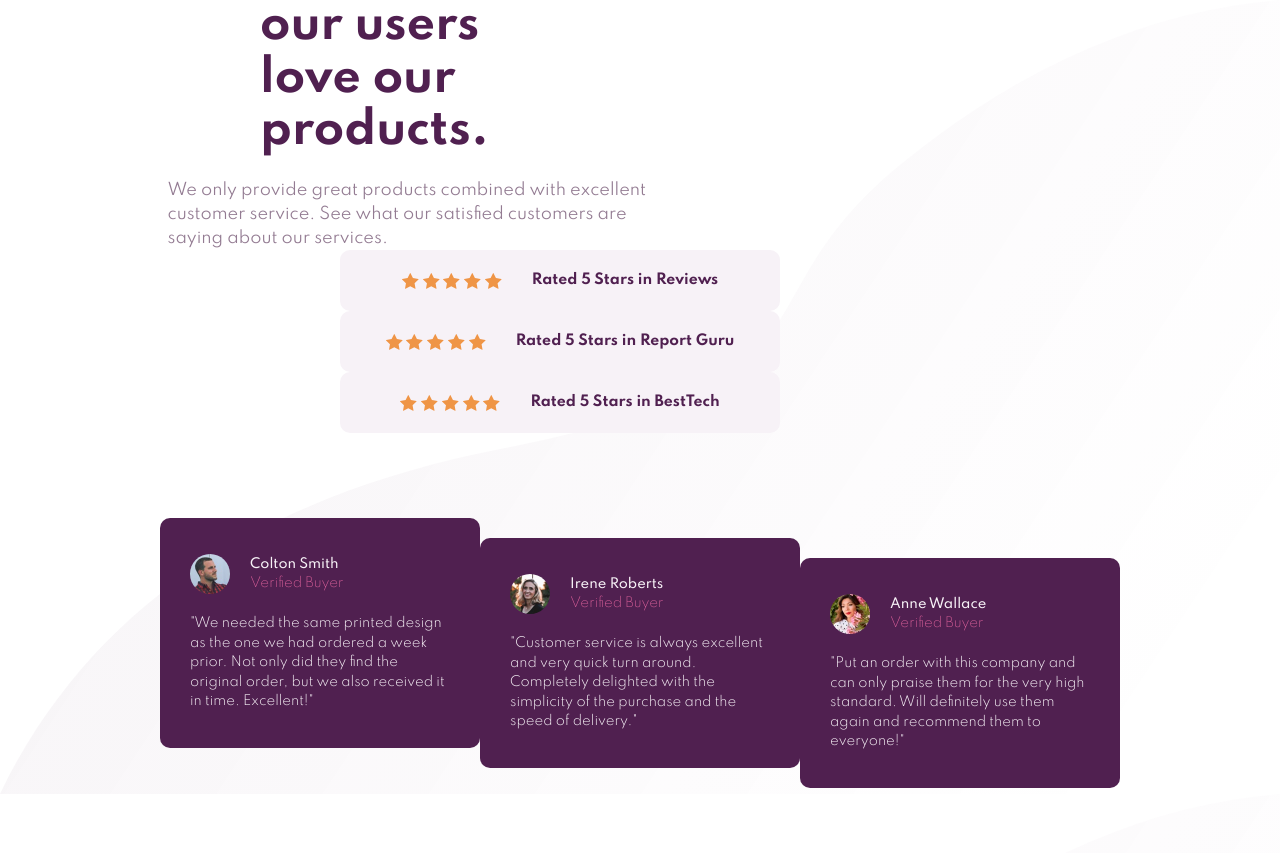
Repository: metehankasapp/social-proof-section-master
Page: index.html
These files come from the project's save history. The page is drawn as it stood at one moment and after the next save; the edit follows.
The browser window is 1280 px wide. The pictures show the whole page.
Some web libraries are served in a nearby version.

Above is the page before, as saved 2021-12-05 09:21:10.

### index.html
<!DOCTYPE html>
<html lang="en">

<head>
  <meta charset="UTF-8" />
  <meta name="viewport" content="width=device-width, initial-scale=1.0" />

  <title>Frontend Mentor | Social proof section</title>
  <link rel="preconnect" href="https://fonts.googleapis.com" />
  <link rel="preconnect" href="https://fonts.gstatic.com" crossorigin />
  <link href="https://fonts.googleapis.com/css2?family=Spartan:wght@100;200;300;400;500;600;700;800;900&display=swap"
    rel="stylesheet" />
  <link href="https://cdn.jsdelivr.net/npm/bootstrap@5.1.3/dist/css/bootstrap.min.css" rel="stylesheet"
    integrity="sha384-1BmE4kWBq78iYhFldvKuhfTAU6auU8tT94WrHftjDbrCEXSU1oBoqyl2QvZ6jIW3" crossorigin="anonymous" />
  <link rel="stylesheet" href="style.css" />
</head>

<body>
  <div class="main-ctr">
    <div class="w-100 row p-0 header-ctr">
      <div class="col-12 col-lg-6 header-area">
        <div class="header-purple">
          <h5>10,000+ of our users love our products.</h5>
        </div>

        <p class="header-text">
          We only provide great products combined with excellent customer
          service. See what our satisfied customers are saying about our
          services.
        </p>
      </div>

      <div class="
            col-12 col-lg-6
            second-col
            d-flex
            justify-content-between
            align-items-center
            align-items-lg-baseline
            flex-column
          ">
        <div class="rate-container">
          <div class="stars">
            <img src="images/icon-star.svg" alt="" />
            <img src="images/icon-star.svg" alt="" />

            <img src="images/icon-star.svg" alt="" />
            <img src="images/icon-star.svg" alt="" />
            <img src="images/icon-star.svg" alt="" />
          </div>
          <p class="m-0">Rated 5 Stars in Reviews</p>
        </div>
        <div class="rate-container">
          <div class="stars">
            <img src="images/icon-star.svg" alt="" />
            <img src="images/icon-star.svg" alt="" />

            <img src="images/icon-star.svg" alt="" />
            <img src="images/icon-star.svg" alt="" />
            <img src="images/icon-star.svg" alt="" />
          </div>
          <p class="m-0">Rated 5 Stars in Report Guru</p>
        </div>
        <div class="rate-container">
          <div class="stars">
            <img src="images/icon-star.svg" alt="" />
            <img src="images/icon-star.svg" alt="" />

            <img src="images/icon-star.svg" alt="" />
            <img src="images/icon-star.svg" alt="" />
            <img src="images/icon-star.svg" alt="" />
          </div>
          <p class="m-0">Rated 5 Stars in BestTech</p>
        </div>
      </div>
    </div>

    <div class="
    cards
          w-100
          p-0
          d-flex
          flex-column flex-lg-row
          justify-content-between
          align-items-center
          align-items-lg-baseline
        " >
      <div class="card-ctr ">
        <div class="card-item" >
          <div class="card-headerr ">
            <div class="card-img">
              <img src="images/image-colton.jpg" alt="" />
            </div>
            <div class="card-text">
              <p class="card-fs">Colton Smith</p>
              <p class="card-job">Verified Buyer</p>
            </div>
          </div>
          <div class="card-second">
            <p>
              "We needed the same printed design as the one we had ordered a
              week prior. Not only did they find the original order, but we also
              received it in time. Excellent!"
            </p>
          </div>
        </div>
      </div>

      <div class="card-ctr" >
        <div class="card-item">
          <div class="card-headerr">
            <div class="card-img">
              <img src="images/image-irene.jpg" alt="" />
            </div>
            <div class="card-text">
              <p class="card-fs">Irene Roberts</p>
              <p class="card-job">Verified Buyer</p>
            </div>
          </div>
          <div class="card-second">
            <p>
              "Customer service is always excellent and very quick turn around.
              Completely delighted with the simplicity of the purchase and the
              speed of delivery."
            </p>
          </div>
        </div>
      </div>

      <div class="card-ctr" >
        <div class="card-item">
          <div class="card-headerr">
            <div class="card-img">
              <img src="images/image-anne.jpg" alt="" />
            </div>
            <div class="card-text">
              <p class="card-fs">Anne Wallace</p>
              <p class="card-job">Verified Buyer</p>
            </div>
          </div>
          <div class="card-second">
            <p>
              "Put an order with this company and can only praise them for the
              very high standard. Will definitely use them again and recommend
              them to everyone!"
            </p>
          </div>
        </div>
      </div>
    </div>
  </div>

  <script src="https://cdn.jsdelivr.net/npm/bootstrap@5.1.3/dist/js/bootstrap.bundle.min.js"
    integrity="sha384-ka7Sk0Gln4gmtz2MlQnikT1wXgYsOg+OMhuP+IlRH9sENBO0LRn5q+8nbTov4+1p" crossorigin="anonymous">
  </script>
  <script src="https://cdn.jsdelivr.net/npm/@popperjs/core@2.10.2/dist/umd/popper.min.js"
    integrity="sha384-7+zCNj/IqJ95wo16oMtfsKbZ9ccEh31eOz1HGyDuCQ6wgnyJNSYdrPa03rtR1zdB" crossorigin="anonymous">
  </script>
  <script src="https://cdn.jsdelivr.net/npm/bootstrap@5.1.3/dist/js/bootstrap.min.js"
    integrity="sha384-QJHtvGhmr9XOIpI6YVutG+2QOK9T+ZnN4kzFN1RtK3zEFEIsxhlmWl5/YESvpZ13" crossorigin="anonymous">
  </script>
</body>

</html>

### style.css
* {
  margin: 0;
  padding: 0;
  box-sizing: border-box;
}

html {
  font-size: 10px;
}

body {
  background-image: url("images/bg-pattern-bottom-desktop.svg");
  background-size: cover;
  height: auto;
  font-size: 1.6rem;
  font-family: "Spartan", sans-serif;
  padding: 8rem 3rem;
  display: flex;
  justify-content: center;
  align-items: center;
}

.main-ctr{
    width: 100%;
}
.header-ctr {
  margin-right: 0 !important;
  margin-left: 0 !important;
}

.header-area {
  width: 100%;
  display: flex;
  justify-content: center;
  flex-direction: column;
  align-items: center;
}
.header-purple h5 {
  width: 300px;
  font-weight: 700;
  font-size: 36px;
  text-align: center;
  color: hsl(300, 43%, 22%);
  margin-bottom: 2rem;
}

.header-text {
  font-size: 14px;
  text-align: center;
  color: hsl(303, 10%, 53%);
  margin-bottom: 2rem;
}

.rate-container {
  color: hsl(300, 43%, 22%);
  font-weight: 700;
  padding: 2rem 3rem;
  background-color: hsl(300, 24%, 96%);
  font-size: 14px;
  border-radius: 10px;
  width: 350px;
  display: flex;
  justify-content: center;
  align-items: center;
  flex-direction: column;
  margin-bottom: 2rem;
}

.cards{
    margin-top: 4rem;
}

.stars {
  margin-bottom: 1rem;
}

.card-item {
  background-color: hsl(300, 43%, 22%);
  border-radius: 10px;
  padding: 3rem;
  max-width: 350px;
  height: 230px;
  display: flex;
  justify-content: center;
  align-items: baseline;
  flex-direction: column;
}

.card-ctr{
    margin-bottom: 2rem;
}

.card-headerr {
  display: flex;
  flex-direction: row;
  align-items: center;
  justify-content: baseline;
  margin-bottom: 2rem;
}

.card-img {
  display: inline-block;
  width: 40px !important;
}

.card-item img {
  width: 40px;
  border-radius: 50%;
}

.card-text {
  margin-left: 2rem;
  display: flex;
  flex-direction: column;
  justify-content: center;
  align-items: baseline;
}
.card-fs {
  color: hsl(300, 24%, 96%);
  font-size: 13px;
  margin-bottom: 0;
  font-weight: 500;
}

.card-job {
  color: hsl(300, 24%, 96%);
  font-size: 13px;
  margin-bottom: 0;
  font-weight: 200;
  color: hsl(333, 80%, 67%);
}

.card-second p {
  margin-bottom: 0;
  color: hsl(300, 24%, 96%);
  font-size: 13px;
  font-weight: 300;
}

@media screen and (min-width: 568px) {
  .header-area {
    width: 500px;
  }
}

@media screen and (min-width: 768px) {

    .cards{
        margin-top: 0rem;
    }

  body {
    background-image: url("images/bg-pattern-bottom-desktop.svg");
    background-size: cover;
    height: 100vh;
    font-size: 1.6rem;
    font-family: "Spartan", sans-serif;
    padding: 12rem 16rem;
    display: flex;
    justify-content: center;
    align-items: center;
  }

  .second-col {
    padding-left: 100px;
  }
  .header-ctr {
    margin-top: 8rem;
    margin-right: 0 !important;
    margin-left: 0 !important;
  }

  .header-area {
    width: 500px;
  }
  .header-purple h5 {
    font-weight: 700;
    font-size: 44px;
    color: hsl(300, 43%, 22%);
    margin-bottom: 2rem;
    text-align: start;
  }

  .header-text {

    margin-bottom: 0rem;
  text-align: start;
    font-size: 16px;
    color: hsl(303, 10%, 53%);
  }

  .rate-container {

  margin-bottom: 0rem;
    color: hsl(300, 43%, 22%);
    font-weight: 700;
    padding: 2rem 3rem;
    background-color: hsl(300, 24%, 96%);
    font-size: 14px;
    border-radius: 10px;
    width: 440px;
    display: flex;
    justify-content: baseline;
    align-items: baseline;
    flex-direction: row;
  }

  .rate-container:nth-child(2) {
    margin-left: 4rem;
  }
  .rate-container:nth-child(3) {
    margin-left: 8rem;
  }

  .stars {
    margin-right: 3rem;
    margin-bottom: 0;
  }

  .card-item {
    background-color: hsl(300, 43%, 22%);
    border-radius: 10px;
    padding: 3rem;
    max-width: 350px;
    height: 230px;
    display: flex;
    justify-content: center;
    align-items: baseline;
    flex-direction: column;
  }

  .card-ctr {
    height: 400px;
    display: flex;
    justify-content: center;
    align-items: center;
  }

  .card-ctr:nth-child(1) {
    align-self: baseline;
  }

  .card-ctr:nth-child(2) {
    align-self: center;
    padding-top: 4rem;
  }

  .card-ctr:nth-child(3) {
    align-self: flex-end;

    padding-top: 8rem;
  }

  .card-headerr {
    display: flex;
    flex-direction: row;
    align-items: center;
    justify-content: baseline;
    margin-bottom: 2rem;
  }

  .card-img {
    display: inline-block;
    width: 40px !important;
  }

  .card-item img {
    width: 40px;
    border-radius: 50%;
  }

  .card-text {
    margin-left: 2rem;
    display: flex;
    flex-direction: column;
    justify-content: center;
    align-items: baseline;
  }
  .card-fs {
    color: hsl(300, 24%, 96%);
    font-size: 13px;
    margin-bottom: 0;
    font-weight: 500;
  }

  .card-job {
    color: hsl(300, 24%, 96%);
    font-size: 13px;
    margin-bottom: 0;
    font-weight: 200;
    color: hsl(333, 80%, 67%);
  }

  .card-second p {
    margin-bottom: 0;
    color: hsl(300, 24%, 96%);
    font-size: 13px;
    font-weight: 300;
  }
}

After the next save:
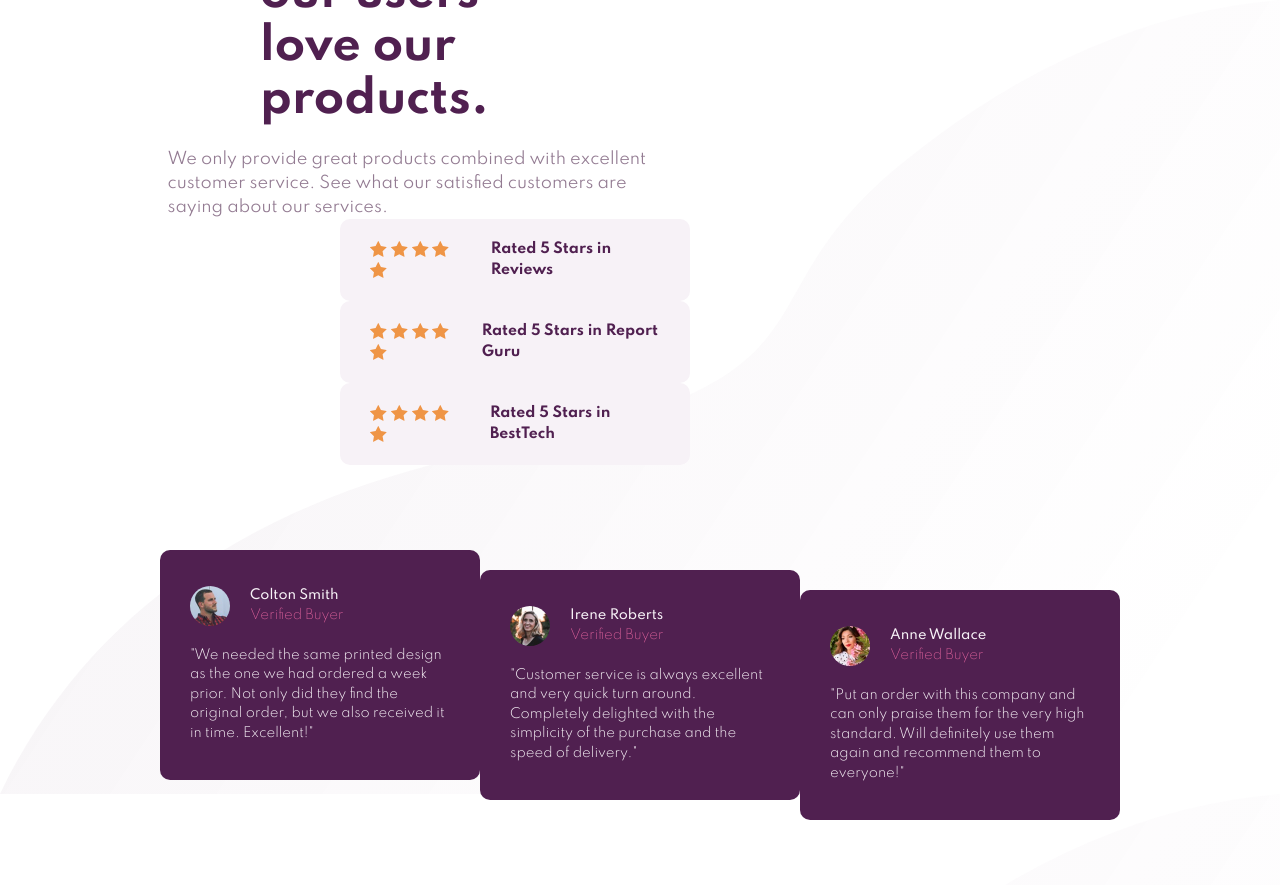
Saved 12 s later.
--- a/style.css
+++ b/style.css
@@ -58,7 +58,7 @@
   background-color: hsl(300, 24%, 96%);
   font-size: 14px;
   border-radius: 10px;
-  width: 350px;
+  max-width: 350px;
   display: flex;
   justify-content: center;
   align-items: center;

After the save that followed:
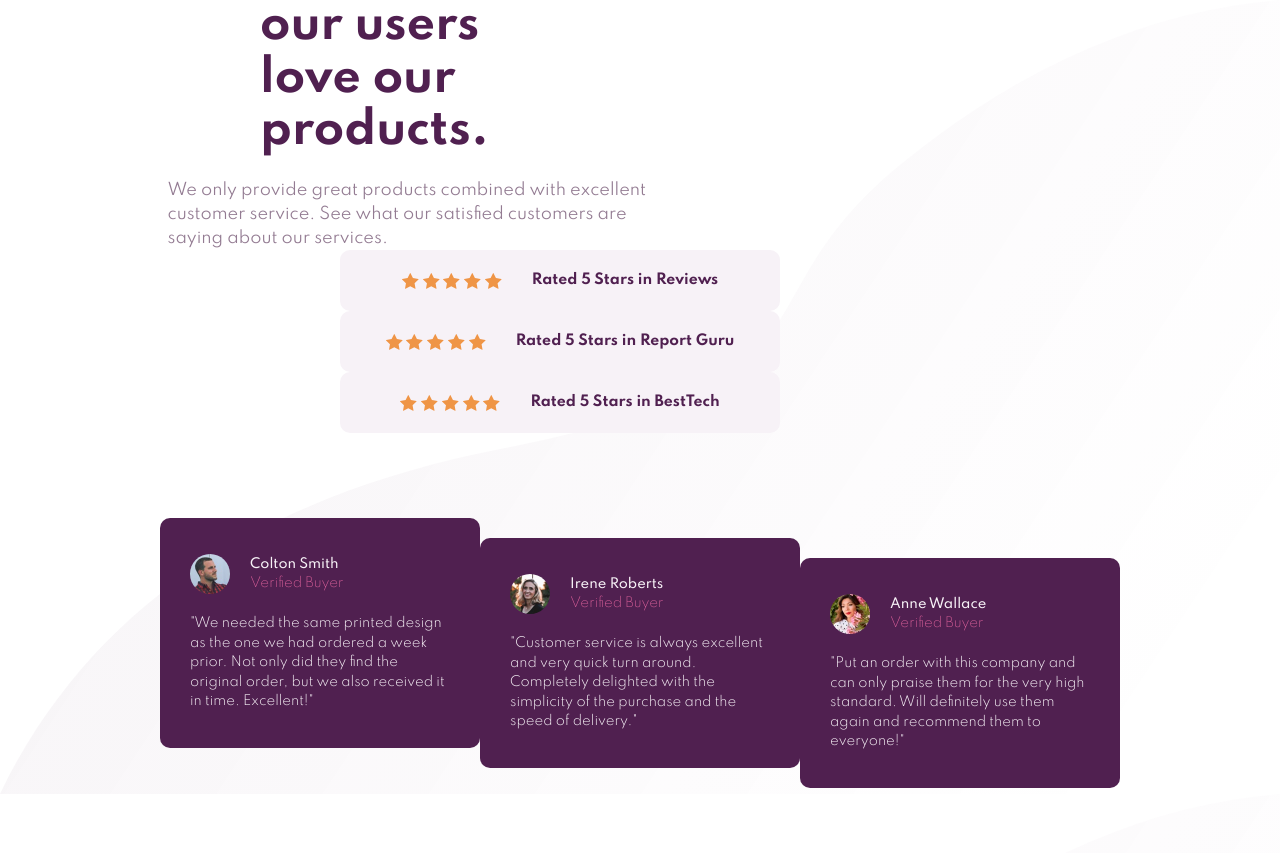
Saved 13 s later.
--- a/style.css
+++ b/style.css
@@ -58,7 +58,7 @@
   background-color: hsl(300, 24%, 96%);
   font-size: 14px;
   border-radius: 10px;
-  max-width: 350px;
+  width: 350px;
   display: flex;
   justify-content: center;
   align-items: center;
